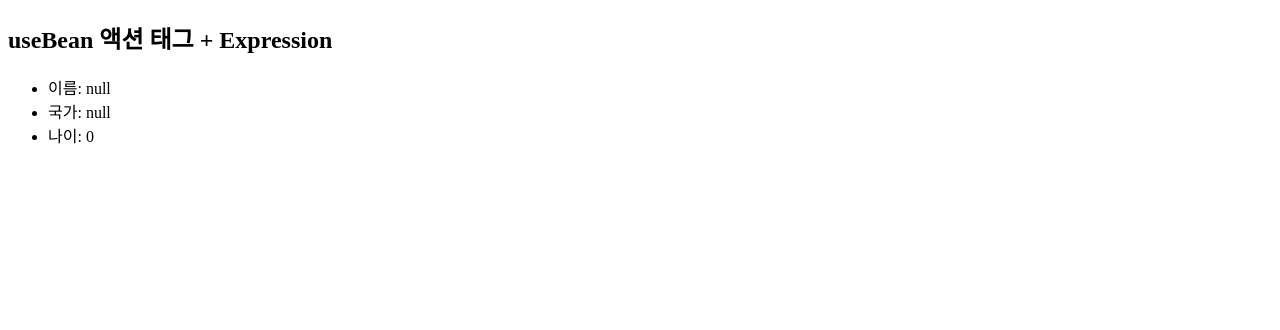
Repository: songyooon/java2
Page: http://localhost/practice03/07HumanUseBean.jsp
An editor plug-in stored every save of this project. The page is shown before and after the next save, followed by the edit.
The browser window is 1280 px wide. The pictures show the whole page.
The page is served by Tomcat 9.

Above is the page before, as saved 2022-11-10 07:16:53.

After the next save:
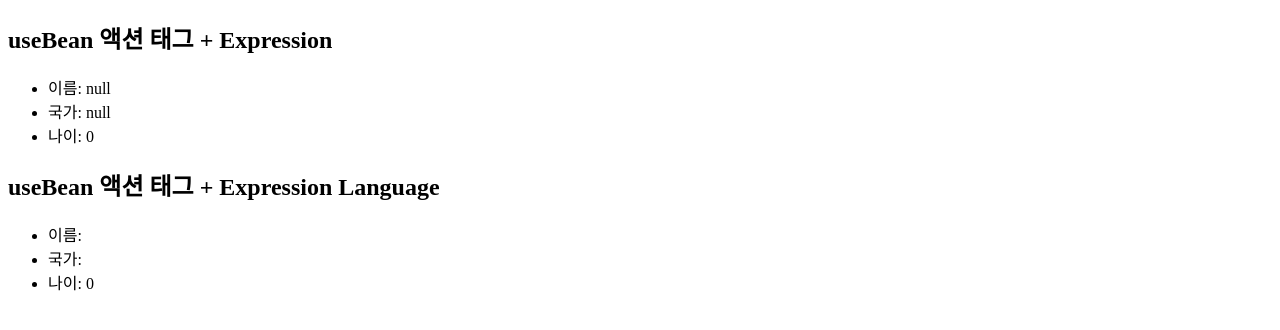
Saved 2 min 0 s later.
--- a/practice03/WebContent/07HumanUseBean.jsp
+++ b/practice03/WebContent/07HumanUseBean.jsp
@@ -14,6 +14,11 @@
 	<li>국가: <%=b.getCountry() %></li>
 	<li>나이: <%=b.getAge() %></li>
 </ul>
-
+<h2>useBean 액션 태그 + Expression Language</h2>
+<ul>
+	<li>이름: ${b.name }</li>
+	<li>국가: ${b.country }</li>
+	<li>나이: ${b.age }</li>
+</ul>
 </body>
 </html>
